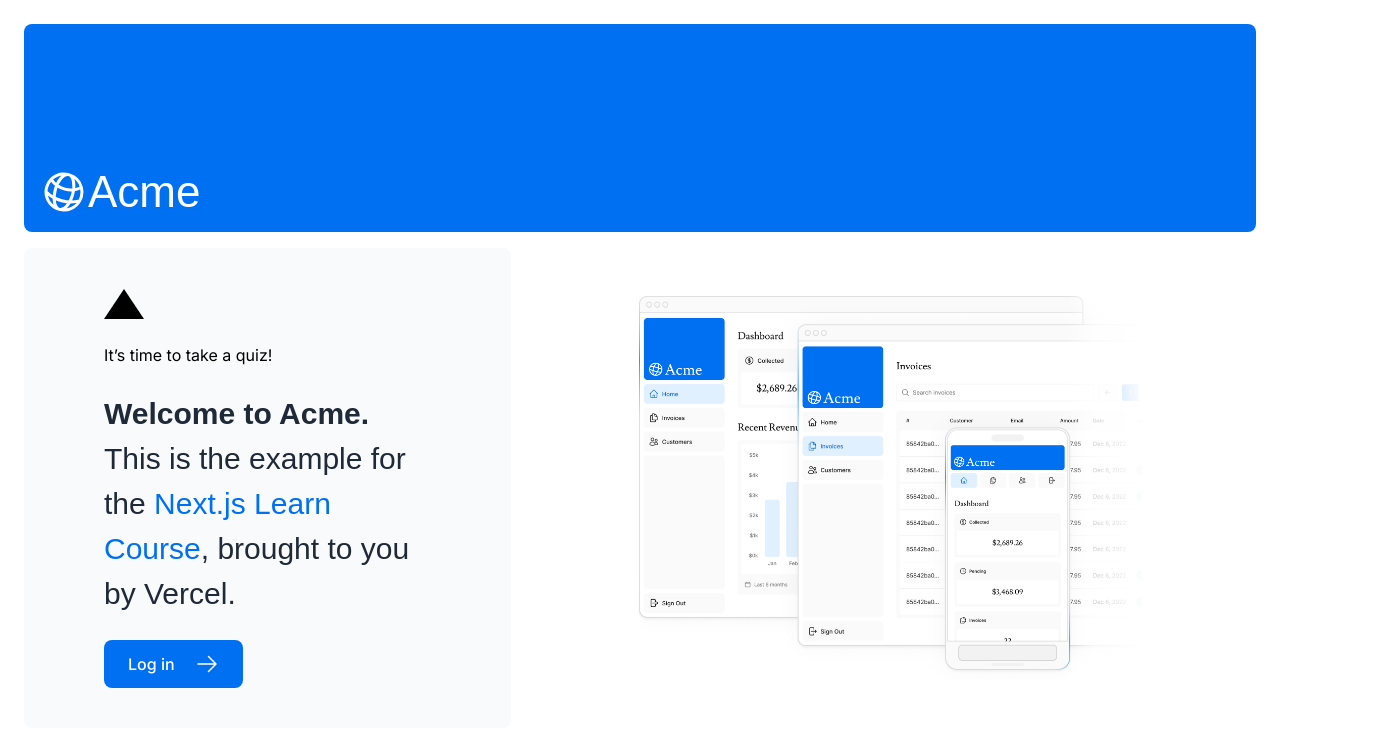
Repository: g-surkis/next-test-dashboard
Page: /
The author's editor kept a copy of each file at every save. The page is drawn from the files as they stood at one save, then again after the next save.
The browser window is 1280 px wide. The page is 1280 px wide, then 1397 px, then 1280 px, so the pictures cover 1397 px, including what lies to the right of the window. The pictures show the whole page.
Some web fonts or font styles are not loaded; a fallback is used. The project was rebuilt for these pictures with package versions that can differ from the ones it lists, and the page was loaded fresh each time. The framework's server and built-in components were replaced by stand-ins that run in the browser. Also part of the build but not shown: next.config.js.

Above is the page before, as saved 2023-11-09 23:43:28.

After the next save:
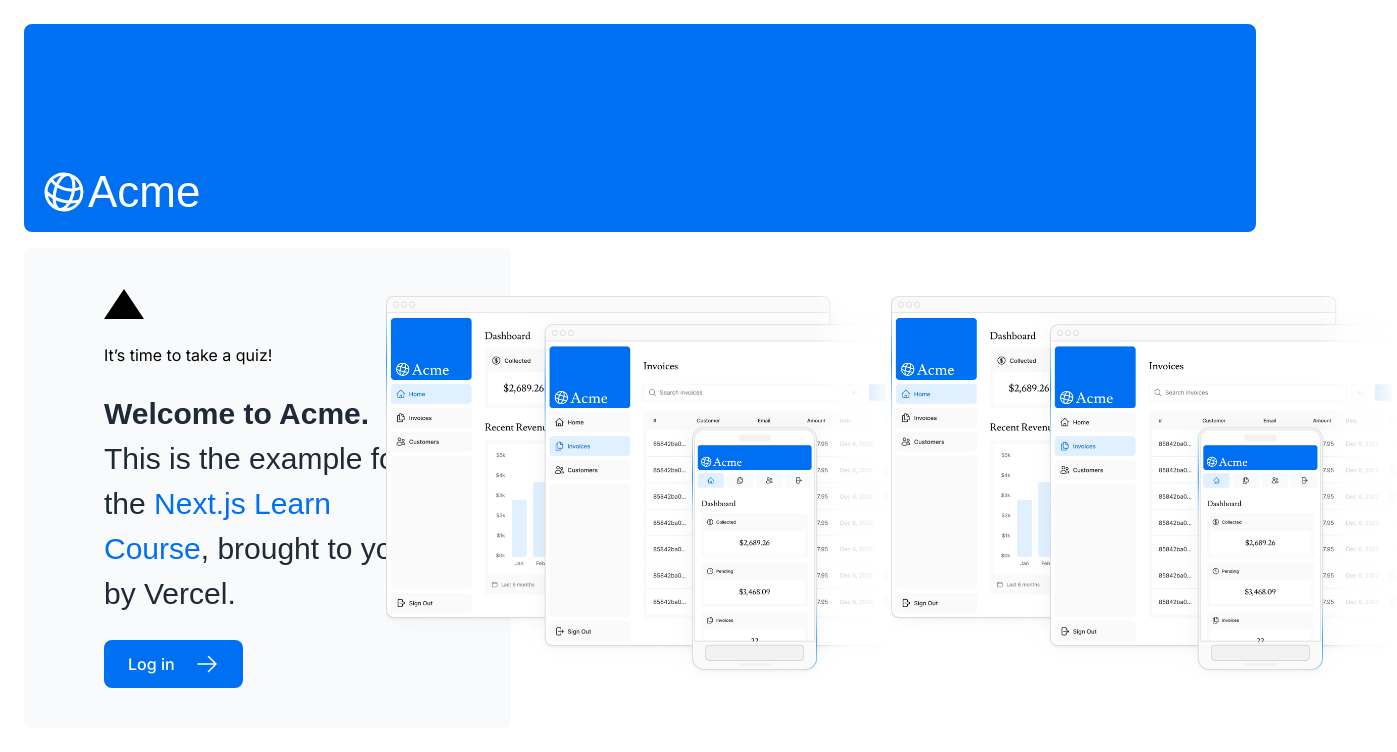
Saved 84 s later.
--- a/app/page.tsx
+++ b/app/page.tsx
@@ -38,6 +38,13 @@
             className="hidden md:block"
             alt="Screenshots of the dashboard project showing desktop and mobile versions"
           />
+          <Image
+            src="/hero-desktop.png"
+            width={1000}
+            height={760}
+            className="hidden md:block"
+            alt="Screenshots of the dashboard project showing desktop and mobile versions"
+          />
         </div>
       </div>
     </main>

After the 2 saves that followed:
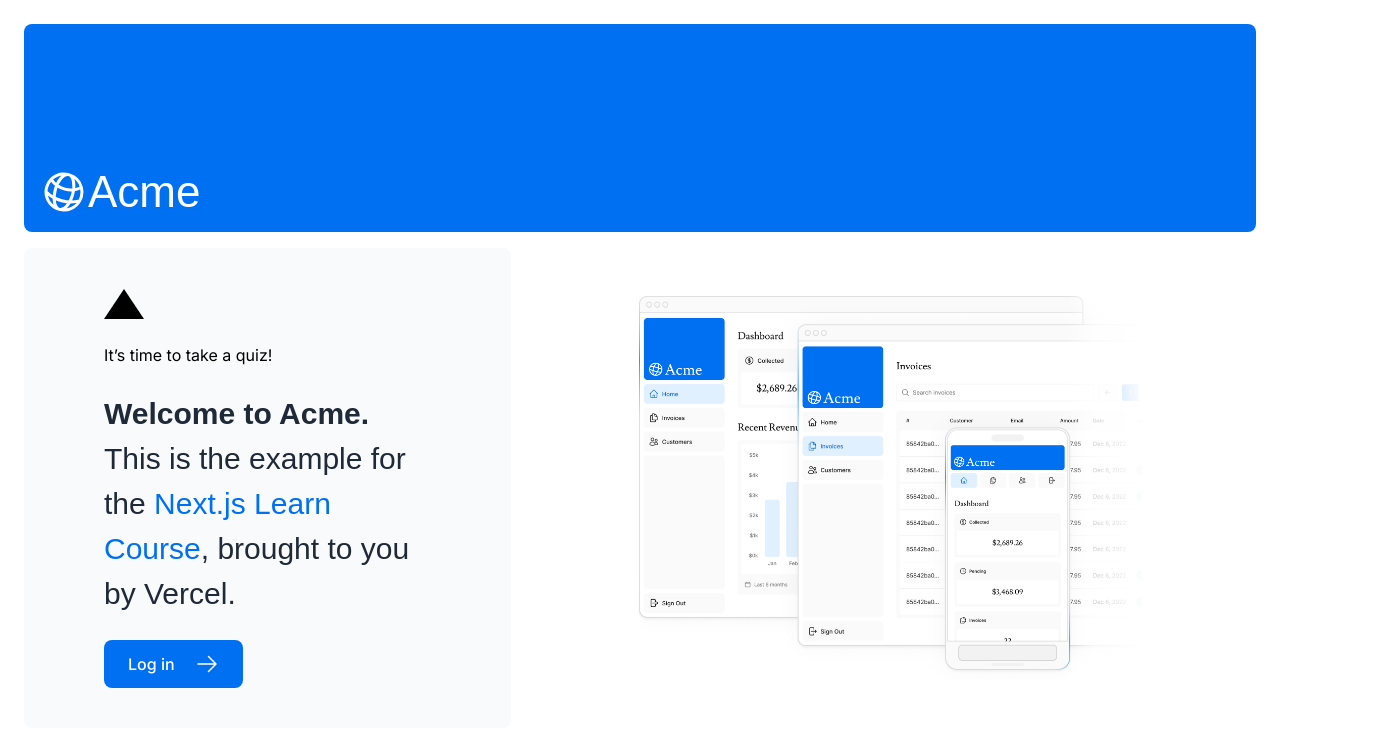
Not found: mobile-hero.png
The 2 saves are shown as one change because they came seconds apart.
The last was saved 22 s later.
--- a/app/page.tsx
+++ b/app/page.tsx
@@ -39,10 +39,10 @@
             alt="Screenshots of the dashboard project showing desktop and mobile versions"
           />
           <Image
-            src="/hero-desktop.png"
-            width={1000}
-            height={760}
-            className="hidden md:block"
+            src="/mobile-hero.png"
+            width={560}
+            height={620}
+            className="md:hidden"
             alt="Screenshots of the dashboard project showing desktop and mobile versions"
           />
         </div>
